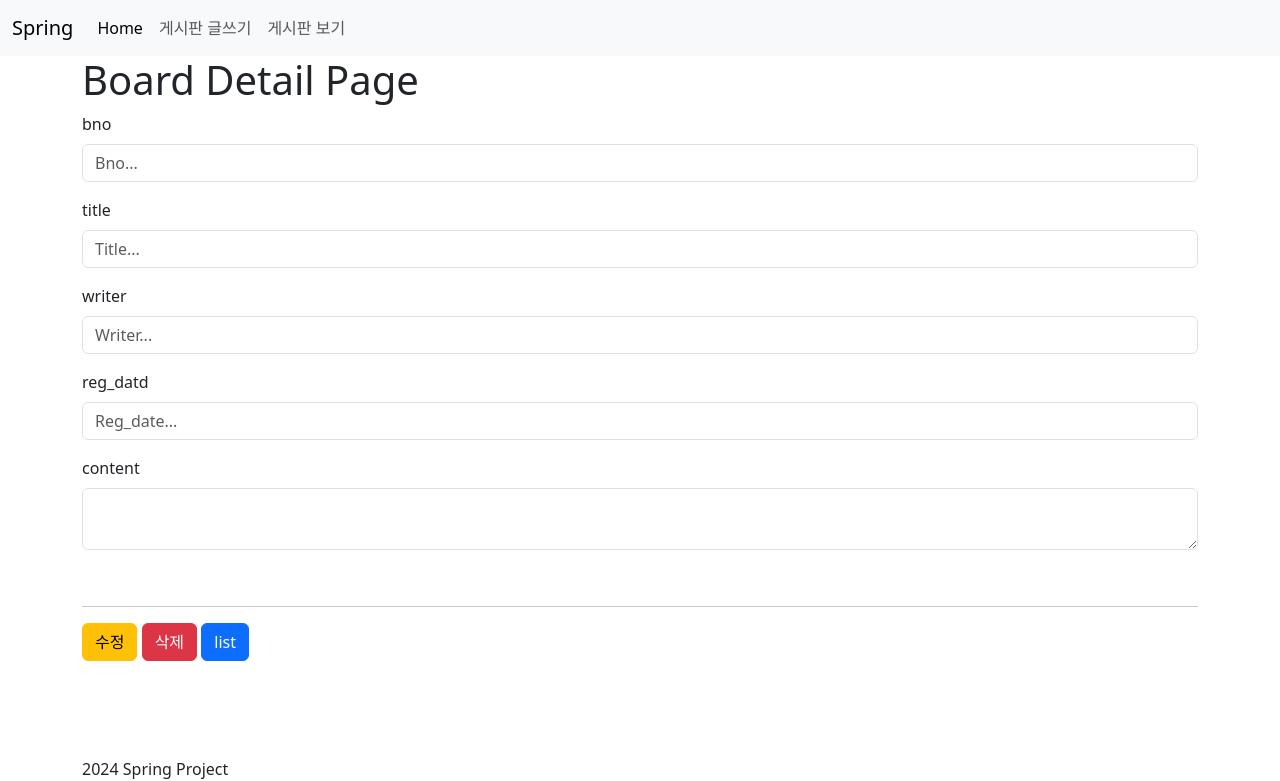
Repository: havanara/240423_SPRING_Project
Page: http://localhost/spring_test2/WEB-INF/views/board/detail.jsp
These files come from the project's save history. The page is drawn as it stood at one moment and after the next save; the edit follows.
The browser window is 1280 px wide. The pictures show the whole page.
The page is served by Tomcat 9. Nobody is signed in. The template is opened directly, without the code that normally fills it, so the values that code supplies are empty.

Above is the page before, as saved 2024-05-02 02:41:31.

After the next save:
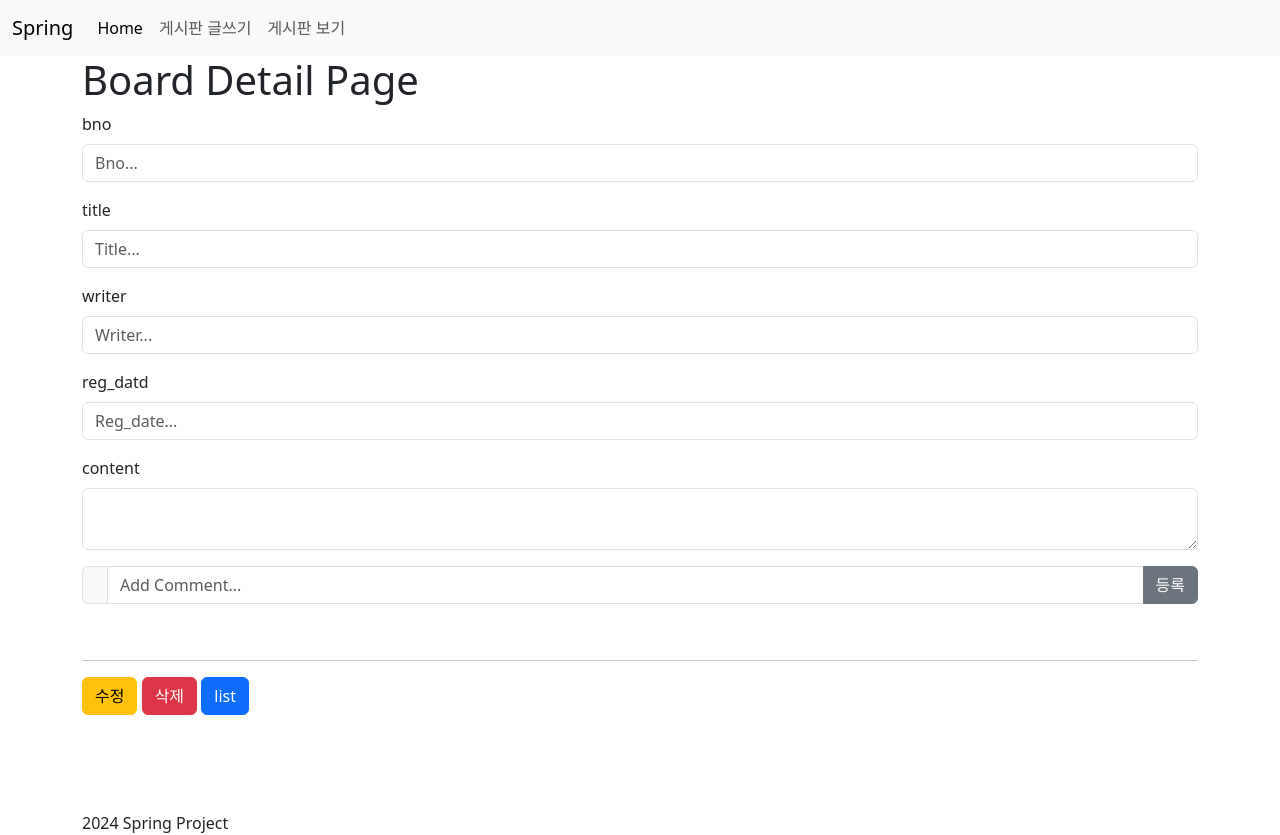
Saved 33 min 12 s later.
--- a/spring_test2/src/main/webapp/WEB-INF/views/board/detail.jsp
+++ b/spring_test2/src/main/webapp/WEB-INF/views/board/detail.jsp
@@ -65,29 +65,14 @@
 
 	<!-- 댓글 라인 -->
 	<!-- 댓글 등록 라인 -->
-<%-- 	<div class="input-group mb-3">
+ 	<div class="input-group mb-3">
 	  <span class="input-group-text" id="cmtWriter">${ses.id }</span>
 	  <input type="text" id="cmtText" class="form-control" placeholder="Add Comment..." aria-label="Username" aria-describedby="basic-addon1">
 	  <button type="button" id="cmtAddBtn" class="btn btn-secondary">등록</button>
 	</div>
 
 	<!-- 댓글 출력 라인 -->
-	<div class="accordion" id="accordionExample">
 
-	  <div class="accordion-item">
-	    <h2 class="accordion-header">
-	      <button class="accordion-button" type="button" data-bs-toggle="collapse" data-bs-target="#collapseOne" aria-expanded="true" aria-controls="collapseOne">
-	        cno, writer, reg_date
-	      </button>
-	    </h2>
-	    <div id="collapseOne" class="accordion-collapse collapse show" data-bs-parent="#accordionExample">
-	      <div class="accordion-body">
-	        <p>댓글 내용 표시</p>
-	      </div>
-	    </div>
-	  </div>
-
-	</div> --%>
 	<br> <hr>
 
 	<%-- <c:if test="${ses.id eq bvo.writer}"> --%>
